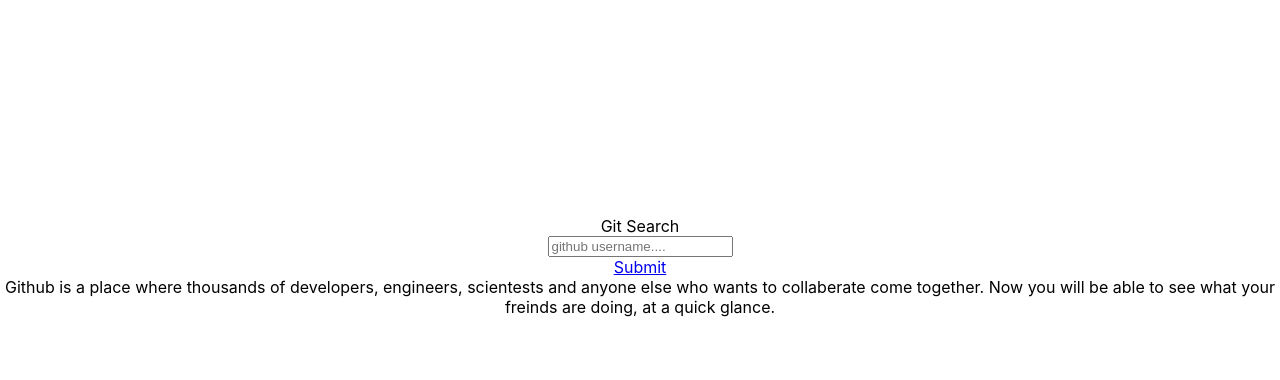
Repository: carlsopa/gitsearch
Page: / (app in gitsearch/)
An editor plug-in stored every save of this project. The page is shown before and after the next save, followed by the edit.
The browser window is 1280 px wide. The pictures show the whole page.
The project was rebuilt for these pictures with package versions that can differ from the ones it lists, and the page was loaded fresh each time. Also part of the build but not shown: gitsearch/src/components/profile.js, gitsearch/src/components/repo_card.js, gitsearch/src/components/repos.js.

Above is the page before, as saved 2020-06-23 08:22:00.

### gitsearch/src/App.js
import React,{useState,useEffect} from 'react';
import './App.css';
import'./design/git.css'
import Profile from './components/profile';
import Repos from './components/repos';
import Holder from './components/holder';


function App() {
  const uri = 'https://api.github.com/users/'
  const [searchTerm,setSearchTerm] = useState('')
  const [loaded,setLoaded] = useState(false);
  const [results, setResults] = useState([])
  const [error,setError] = useState('')
  const alpha=(data)=>{
    setSearchTerm(data);
  }
  const FetchUser=()=>{
    fetch(uri+searchTerm,{
      headers:{
        Authorization: "basic "+btoa('carlsopa')
      }
    })
    .then(res=>res.json())
    .then(
      (result)=>{
        setLoaded(true)
        setResults(result)
      },
      (error)=>{
        setLoaded(true)
        setError(error)
      }
    )
  }
  return (
    <div className="App">
      <header>
        {results.length!=0?<div><div id="header">Git Search</div>
        <input type="text" id="gitSearch" placeholder="git profile...." onChange={(e)=>setSearchTerm(e.target.value)}/>
        <a href="#" onClick={(e)=>FetchUser()}>Submit</a></div>:null}
      </header>
      {results.length===0?<Holder alpha={alpha} fetch={FetchUser}/>:
      <div><Profile values={results}/><Repos values={results}/></div>}
    </div>
  );
}

export default App;

### gitsearch/src/design/git.css
#start{
    position: relative;
    display: flex;
  flex-direction: column;
  align-items: center;
  /* justify-content: center; */
  /* min-height: 100vh; */
  top:30vh;
}

### gitsearch/src/components/holder.js
import React from 'react';

function Holder(props) {
    return (
        <div id='start'>
            <div id='title'>Git Search</div>
            <input type="text" placeholder='github username....' onChange={(e)=>props.alpha(e.target.value)}/>
            <a href="#" onClick={(e)=>props.fetch()}>Submit</a>
            <div id="text" >
                Github is a place where thousands of developers, engineers, scientests and anyone else who wants to collaberate come together.  Now you will be able to see what your freinds are doing, at a quick glance.
            </div>

        </div>
    )
}

export default Holder;

Loaded but not shown: gitsearch/public/index.html (common file); gitsearch/src/index.js (common file); gitsearch/src/index.css (common file); gitsearch/src/serviceWorker.js (common file); gitsearch/src/App.css (common file)

After the next save:
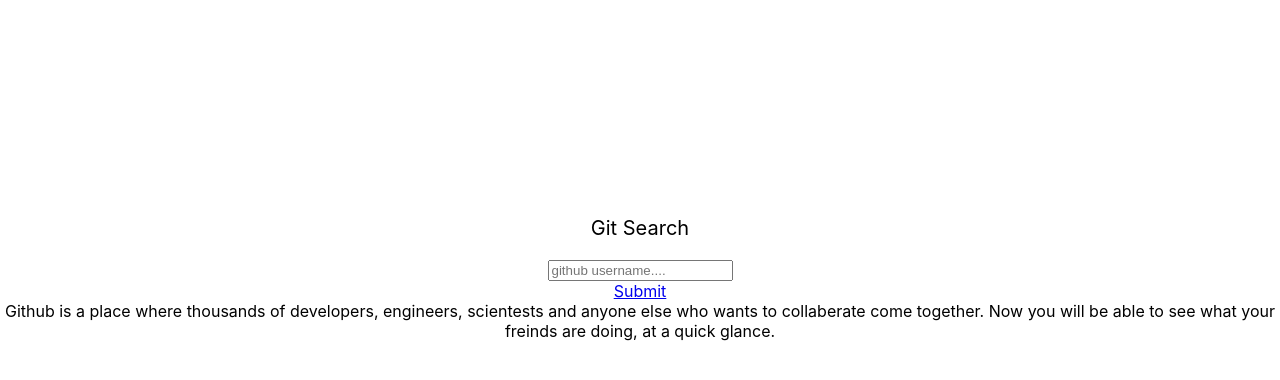
Saved 76 s later.
--- a/gitsearch/src/design/git.css
+++ b/gitsearch/src/design/git.css
@@ -7,3 +7,7 @@
   /* min-height: 100vh; */
   top:30vh;
 }
+#title{
+    margin-bottom:20px;
+    font-size:1.25rem;
+}
